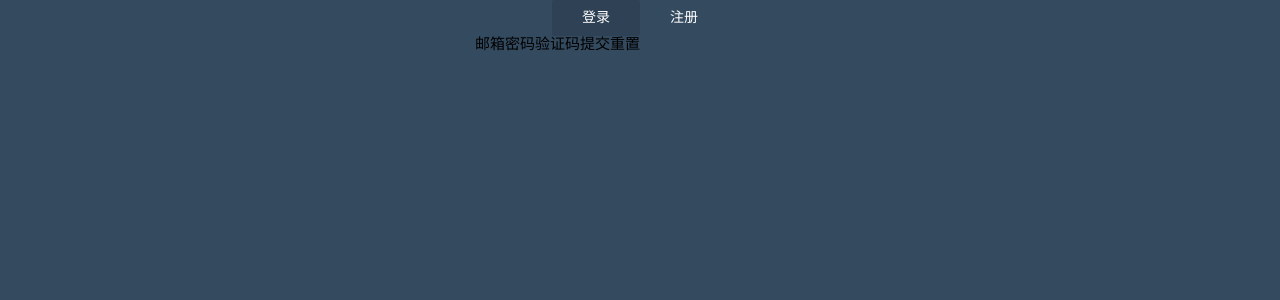
Repository: stingys/vue-admin
Page: /
The author's editor kept a copy of each file at every save. The page is drawn from the files as they stood at one save, then again after the next save.
The browser window is 1280 px wide. The pictures show the whole page.
The project was rebuilt for these pictures with package versions that can differ from the ones it lists, and the page was loaded fresh each time. Also part of the build but not shown: vue.config.js. Imported but missing from the stored project, and not drawn on this page: src/plugins/elementUI.

Above is the page before, as saved 2020-03-12 14:05:00.

After the next save:
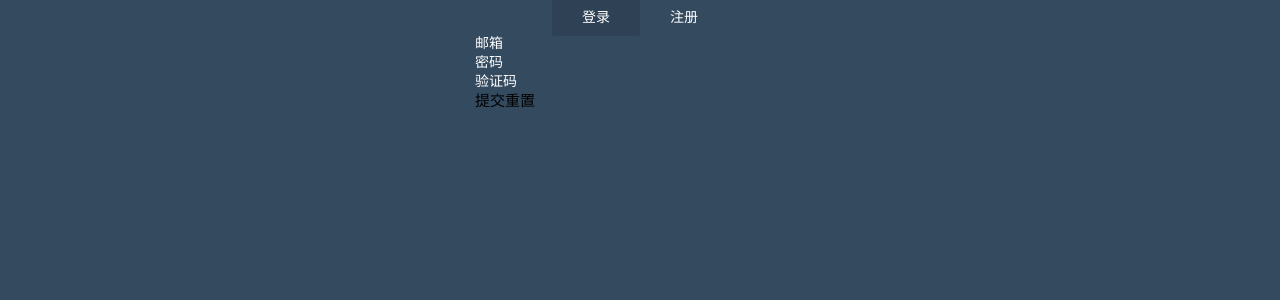
Saved 47 s later.
--- a/src/views/Login/index.vue
+++ b/src/views/Login/index.vue
@@ -7,7 +7,7 @@
         </li>
       </ul>
     <!-- 表单 start -->
-    <el-form :model="ruleForm" status-icon :rules="rules" ref="ruleForm" size="medium">
+    <el-form :model="ruleForm" status-icon :rules="rules" ref="ruleForm" size="medium" class="login-form">
 
       <el-form-item  prop="pass">
         <label for="email">邮箱</label>
